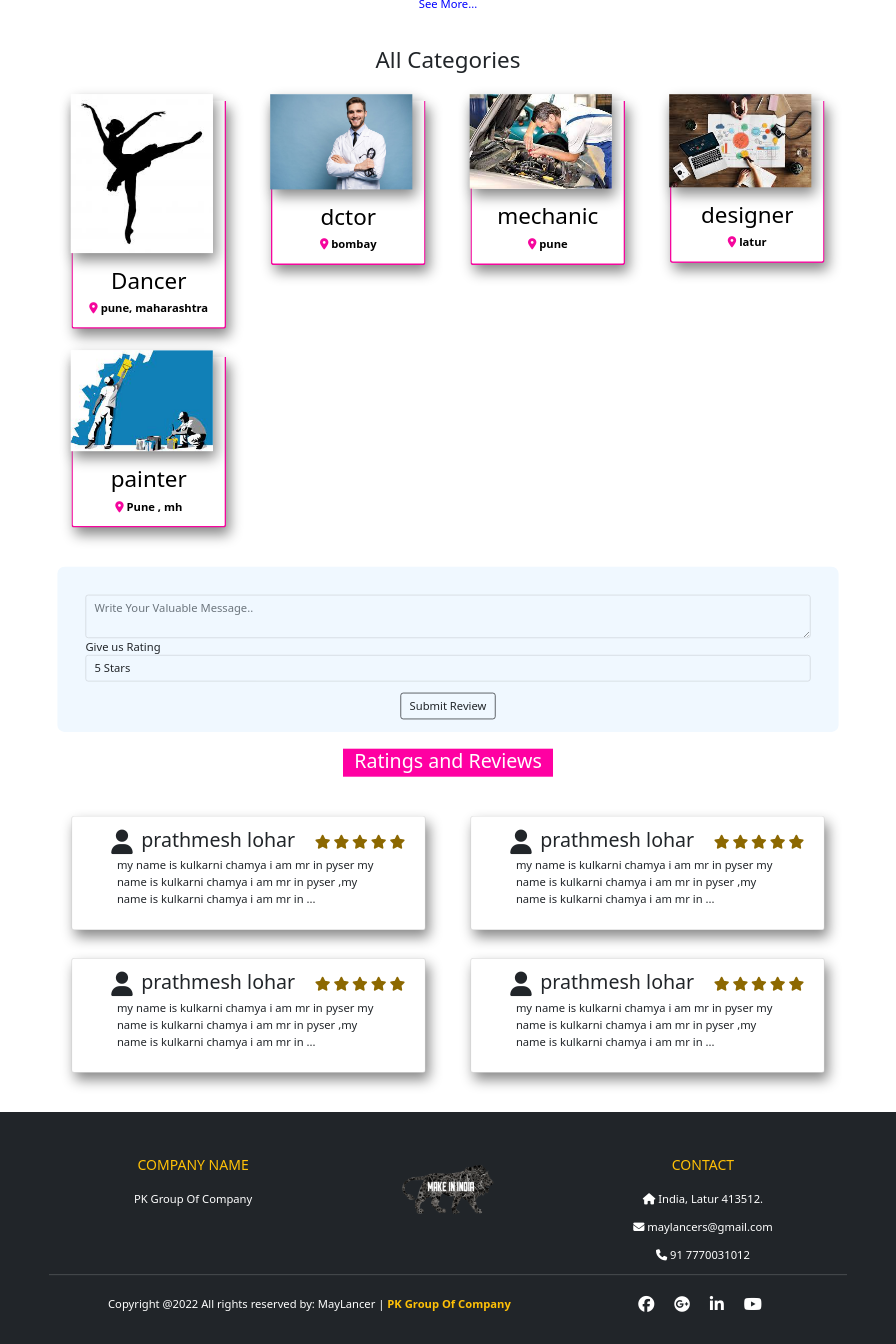
Repository: prathmesh2023/maylancers
Page: http://localhost/
These files come from the project's save history. The page is drawn as it stood at one moment and after the next save; the edit follows.
The browser window is 1280 px wide. The pictures show the part of the page from y = 932 to 2852 px (the page is 2852 px tall before and 2756 px after), at 70% of full size.
Some web fonts or font styles are not loaded; a fallback is used. Some web libraries are served in a nearby version. The page is served by the project's application, run on Django 3.2 (manage.py). The page reads the database file committed with the project. Queries for data that is not in the repository find no rows.

Above is the page before, as saved 2022-02-16 15:27:14.

After the next save:
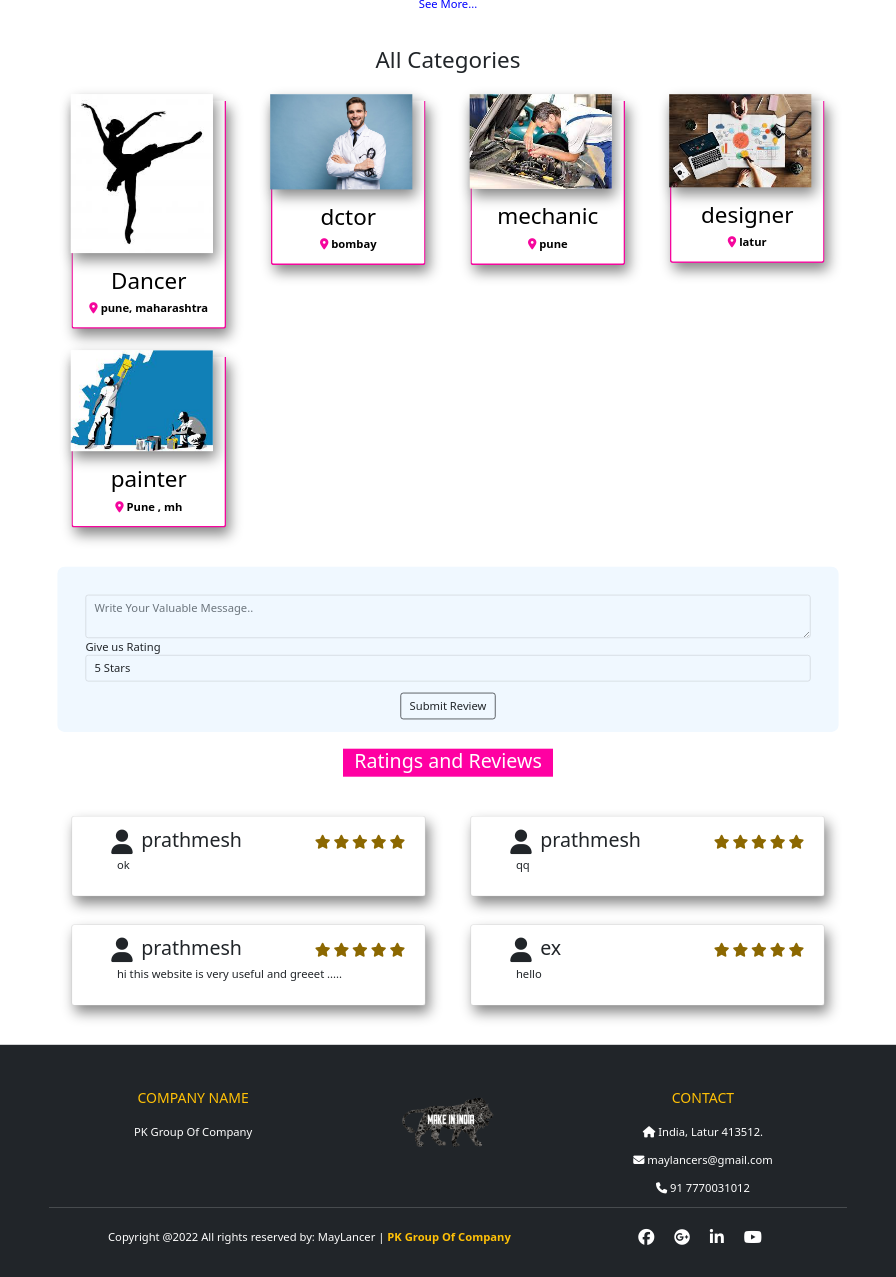
Saved 41 s later.
--- a/templates/home.html
+++ b/templates/home.html
@@ -392,7 +392,7 @@
                             <span class="fa fa-user user-profile"></span>
                         </div>
                         <div class="col-6">
-                            <h3>prathmesh lohar</h3>
+                            <h3>{{i.user}}</h3>
                         </div>
                         <div class="col-4">
                             <span class="fa fa-star"></span>
@@ -405,7 +405,7 @@
                     </div>
 
 
-                    <p class="p mx-5 justify-content">my name is kulkarni chamya i am mr in pyser my name is kulkarni chamya i am mr in pyser ,my name is kulkarni chamya i am mr in ... </p>
+                    <p class="p mx-5 justify-content">{{i.msg}} </p>
 
                 </div>
             </div>
